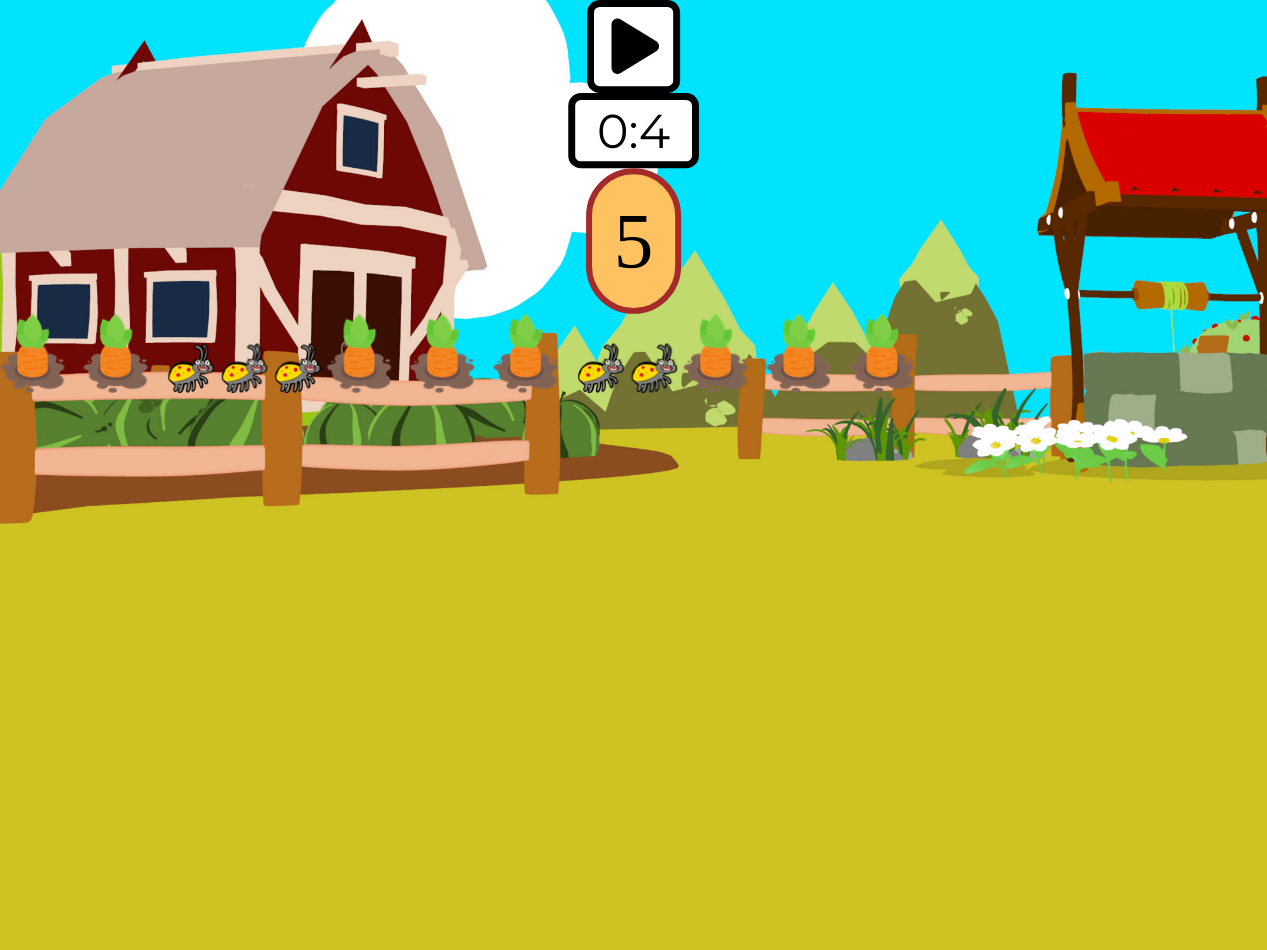
Repository: sephinejo/Mini-carrot-game
Page: index.html
The author's editor kept a copy of each file at every save. The page is drawn from the files as they stood at one save, then again after the next save.
The browser window is 1280 px wide. The pictures show the whole page, at 99% of full size.
Some web fonts or font styles are not loaded; a fallback is used. Some web libraries are served in a nearby version.

Above is the page before, as saved 2023-05-14 21:45:36.

### index.html
<!DOCTYPE html>
<html lang="en">
  <head>
    <meta charset="UTF-8" />
    <meta http-equiv="X-UA-Compatible" content="IE=edge" />
    <meta name="viewport" content="width=device-width, initial-scale=1.0" />
    <title>Mini Carrot Game👩‍🌾🥕</title>
    <link rel="stylesheet" href="style.css" />
    <link rel="preconnect" href="https://fonts.googleapis.com" />
    <link rel="preconnect" href="https://fonts.gstatic.com" crossorigin />
    <link
      href="https://fonts.googleapis.com/css2?family=Alice&family=Lato:wght@400;700&family=Montserrat:wght@400;500;600;700&family=Raleway:wght@400;600;700;800&family=Ubuntu&display=swap"
      rel="stylesheet"
    />
    <script
      src="https://kit.fontawesome.com/9ac80604cb.js"
      crossorigin="anonymous"
    ></script>
    <script src="main.js" defer></script>
  </head>
  <body>
    <div class="container">
      <div class="infos">
        <div class="info__icon__play">
          <i class="fa-solid fa-play"></i>
        </div>
        <span class="info__timer">0:4</span>
        <span class="info__counter">5</span>
      </div>
      <div class="space">
        <img class="carrot" src="img/carrot.png" alt="carrot" />
        <img class="carrot" src="img/carrot.png" alt="carrot" />
        <img class="bug" src="img/bug.png" alt="bug" />
        <img class="bug" src="img/bug.png" alt="bug" />
        <img class="bug" src="img/bug.png" alt="bug" />
        <img class="carrot" src="img/carrot.png" alt="carrot" />
        <img class="carrot" src="img/carrot.png" alt="carrot" />
        <img class="carrot" src="img/carrot.png" alt="carrot" />
        <img class="bug" src="img/bug.png" alt="bug" />
        <img class="bug" src="img/bug.png" alt="bug" />
        <img class="carrot" src="img/carrot.png" alt="carrot" />
        <img class="carrot" src="img/carrot.png" alt="carrot" />
        <img class="carrot" src="img/carrot.png" alt="carrot" />
      </div>
    </div>
  </body>
</html>

### style.css
* {
  box-sizing: border-box;
}

body {
  margin: auto;
}

.container {
  background-size: cover;
  background-image: url('img/background.png');
  height: 60rem;
}

.infos {
  display: flex;
  flex-direction: column;
  align-items: center;
}

.info__icon__play {
  font-size: 4rem;
  color: black;
  border: 0.45rem solid black;
  border-radius: 0.8rem;
  background-color: white;
  padding: 0.4rem 0.9rem 0rem 1.1rem;
}

.info__timer {
  font-family: Montserrat;
  font-size: 3rem;
  border: 0.45rem solid black;
  border-radius: 0.8rem;
  background-color: white;
  padding: 0.1rem 1.4rem;
}

.info__counter {
  font-family: Alice;
  font-size: 5rem;
  border: 0.4rem solid brown;
  border-radius: 10rem;
  background-color: #fec260;
  padding: 1.4rem 1.4rem;
}

Loaded but not shown: main.js (no stored copy; drawn as an empty file)

After the next save:
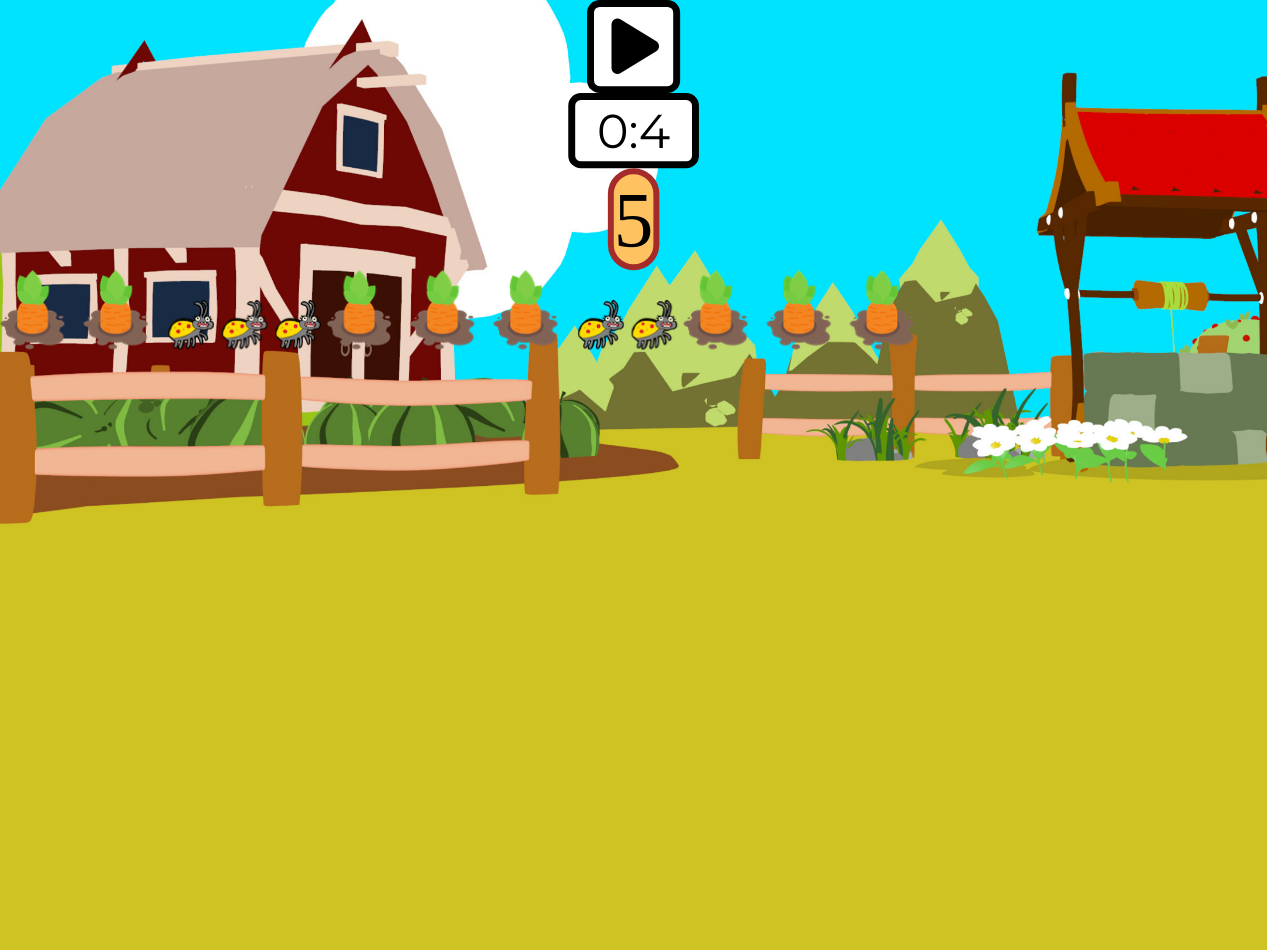
Saved 4 s later.
--- a/style.css
+++ b/style.css
@@ -42,5 +42,4 @@ body {
   border: 0.4rem solid brown;
   border-radius: 10rem;
   background-color: #fec260;
-  padding: 1.4rem 1.4rem;
 }
